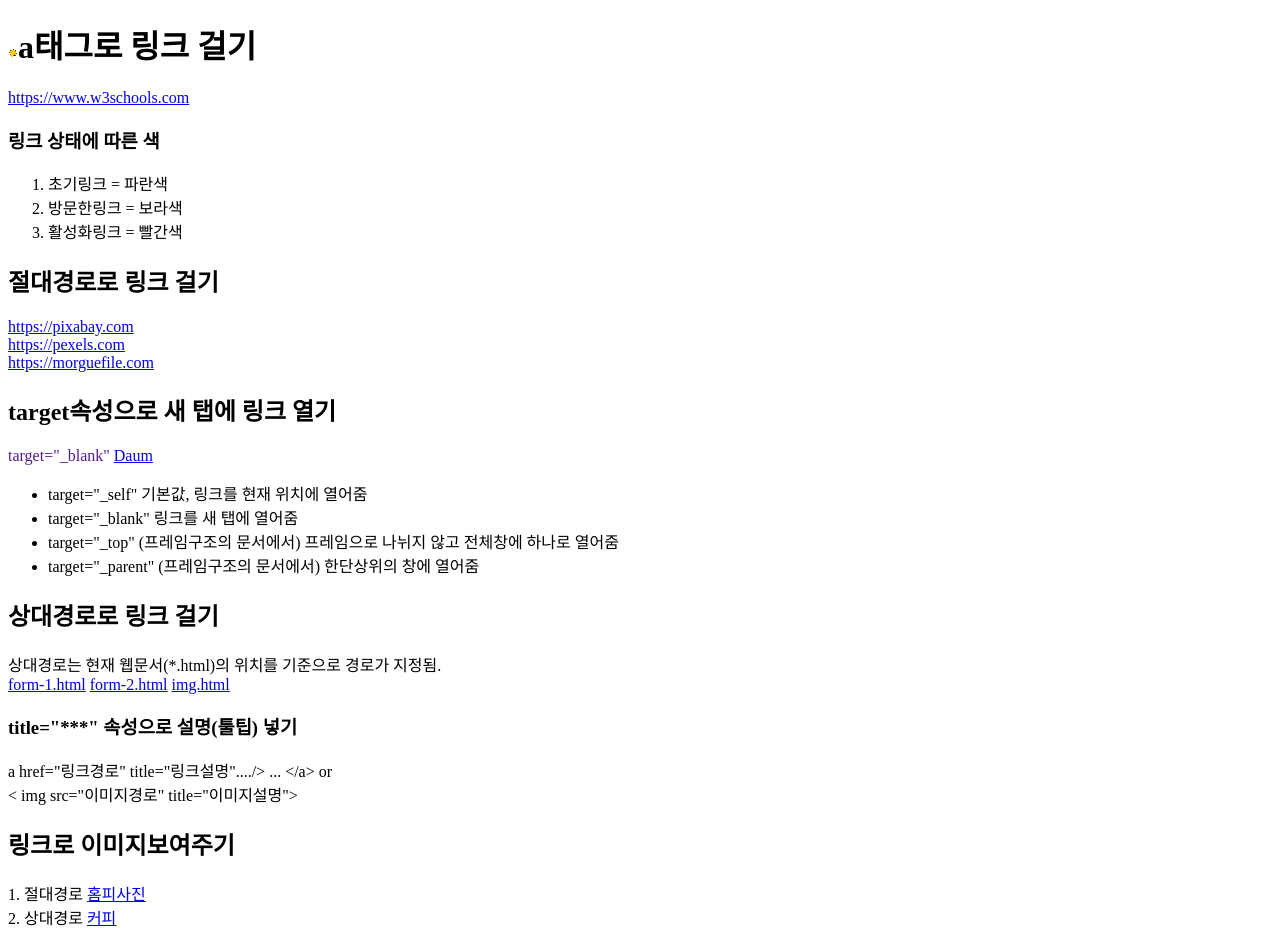
Repository: ReadStar/Web
Page: Html/html5/WebContent/A.html
An editor plug-in stored every save of this project. The page is shown before and after the next save, followed by the edit.
The browser window is 1280 px wide. The pictures show the part of the page from y = 0 to 952 px (the page is 1583 px tall before and 1615 px after).
A picture or video elsewhere on the page could not be fetched, so the positions and the page height are approximate.

Above is the page before, as saved 2020-08-27 05:10:41.

After the next save:
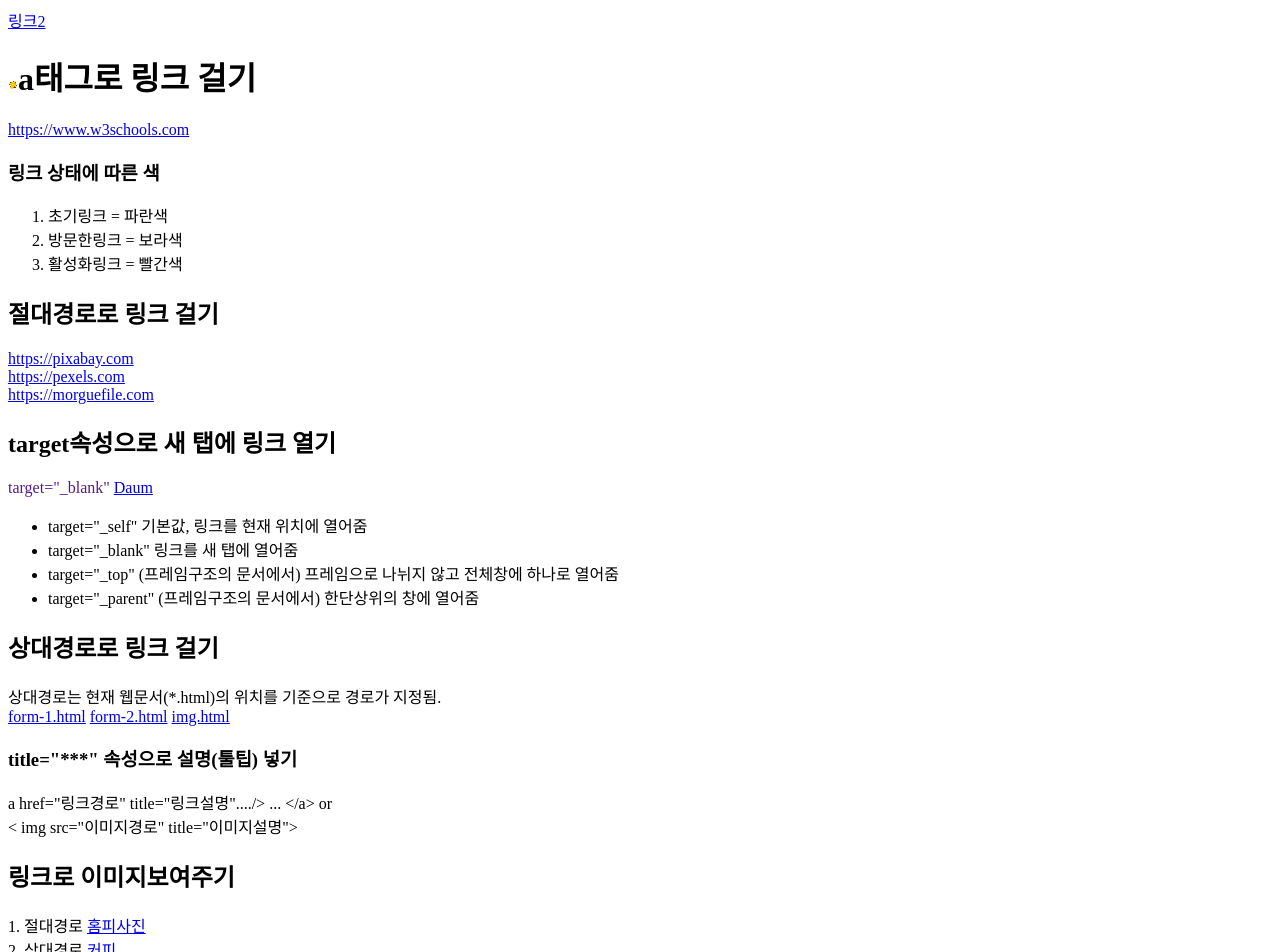
Saved 4 min 53 s later.
--- a/Html/html5/WebContent/A.html
+++ b/Html/html5/WebContent/A.html
@@ -5,6 +5,7 @@
 <title>a로 링크 걸기</title>
 </head>
 <body>
+<a href="a-1.html">링크2</a>
 <h1><img alt = "움짤" src="img/aniyellow.gif">a태그로 링크 걸기</h1>
 <a href="https://www.w3schools.com">https://www.w3schools.com</a>
 <h3>링크 상태에 따른 색</h3>
